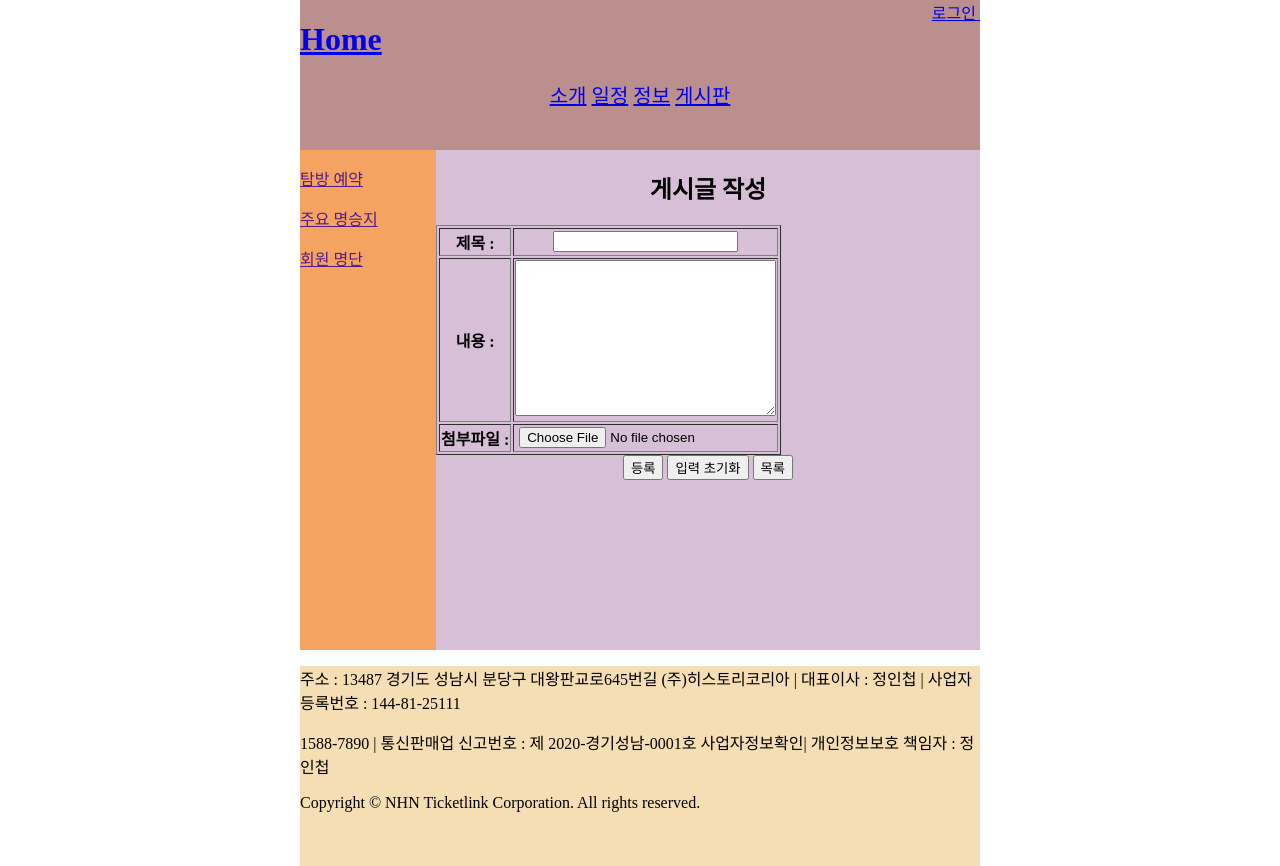
Repository: dlscjq34/JSP_historyTour
Page: http://localhost/HistoryTour/WEB-INF/views/ticketing/write.jsp
These files come from the project's save history. The page is drawn as it stood at one moment and after the next save; the edit follows.
The browser window is 1280 px wide. The pictures show the whole page.
The page is served by Tomcat 9. Nobody is signed in. Other server files are loaded and not shown. The template is opened directly, without the code that normally fills it, so the values that code supplies are empty.

Above is the page before, as saved 2020-12-21 04:54:49.

### HistoryTour/WebContent/WEB-INF/views/ticketing/write.jsp
<%@ page language="java" contentType="text/html; charset=UTF-8"
    pageEncoding="UTF-8"%>
<!DOCTYPE html>
<html lang="en">
<head>
    <jsp:include page="/WEB-INF/views/include/head.jsp" />
    <!-- <link rel="stylesheet" href="css/board.css"> -->
</head>
<body>
    <!-- <header> -->
    <jsp:include page="/WEB-INF/views/include/header.jsp" />


    <!-- <aside> <article> -->
    <div class="center">
        <jsp:include page="/WEB-INF/views/include/aside.jsp" />

        <article>
            <h1>게시글 작성</h1>
            <div class="board">
                <form action="writePro.do" method="post" enctype="multipart/form-data">
                  	<table border="1">
		                <tr>
		                    <th>제목 : </th>
		                    <td><input type="text" name="title" id="title" value=""/></td>
	                    </tr>
	                    <tr>
	                    	<th>내용 : </th>
		                    <td><textarea name="content" id="content" rows="10" cols="30"></textarea> </td>
		                </tr>
		                <tr>
		                	<th>첨부파일 : </th>
		                    <td><input type="file" name="fileName" id="fileName" value=""/> </td>
		                </tr>
               		</table>
               		<input type="submit" value="등록">
               		<input type="reset" value="입력 초기화">
               		<input type="button" value="목록" onclick="location.href='board.do'">
                </form>
            </div>
        </article>
    </div>


    <!-- <footer> -->
    <jsp:include page="/WEB-INF/views/include/footer.jsp" />


</body>
</html>

### HistoryTour/WebContent/WEB-INF/views/include/head.jsp
<%@ page language="java" contentType="text/html; charset=UTF-8"
    pageEncoding="UTF-8"%>
<meta charset="UTF-8">
<meta name="viewport" content="width=device-width, initial-scale=1.0">
<title>Document</title>
<link rel="stylesheet" href="css/common.css">

### HistoryTour/WebContent/WEB-INF/views/include/header.jsp
<%@ page language="java" contentType="text/html; charset=UTF-8"
    pageEncoding="UTF-8"%>
<%@ taglib prefix="c" uri="http://java.sun.com/jsp/jstl/core" %>
<%
	//쿠키에 아이디가 있으면 세션으로 빼온다.
	Cookie[] cookies = request.getCookies();

	if (cookies != null) {
		for(Cookie cookie : cookies) {
			if(cookie.getName().equals("id")) {
				String id = cookie.getValue();
				session.setAttribute("id", id);
			}
		}
	}

	String id = (String)session.getAttribute("id");
%>

<header>
    <div class="home-line">
        <h1><a href="index.do">Home</a></h1>
        <!-- 세션으로 빼온 아이디가 있으면 -->
<%
			if (id != null) {
%>
        		${ id } 님 반갑습니다.&nbsp;
        		<a href="myPage.do">마이페이지</a>&nbsp;
        		<a href="logoutPro.do">로그아웃</a>
<%
			} else {
%>
        	<!-- 세션으로 빼온 아이디가 없으면 -->
        		 <a href="login.do">로그인&nbsp;</a>
<%
			}
%>

    </div>
    <div class="menu">
        <a href="intro.do">소개</a>
        <a href="schedule.do">일정</a>
        <a href="information.do">정보</a>
        <a href="board.do">게시판</a>
    </div>
</header>

### HistoryTour/WebContent/WEB-INF/views/include/aside.jsp
<%@ page language="java" contentType="text/html; charset=UTF-8"
    pageEncoding="UTF-8"%>
 <aside>
    <p><a href="">탐방 예약</a></p>
    <p><a href="">주요 명승지</a></p>
    <p><a href="">회원 명단</a></p>
</aside>

### HistoryTour/WebContent/WEB-INF/views/include/footer.jsp
<%@ page language="java" contentType="text/html; charset=UTF-8"
    pageEncoding="UTF-8"%>
<footer>
    <p>주소 : 13487 경기도 성남시 분당구 대왕판교로645번길 (주)히스토리코리아 | 대표이사 : 정인첩 | 사업자등록번호 : 144-81-25111</p>
    <p>1588-7890 |  통신판매업 신고번호 : 제 2020-경기성남-0001호 사업자정보확인| 개인정보보호 책임자 : 정인첩</p>
    <p>Copyright © NHN Ticketlink Corporation. All rights reserved.</p>
</footer>

### HistoryTour/WebContent/css/common.css
body {
  grid-template-columns: 1fr 1fr;
  box-sizing: border-box;
  margin: 0 300px;
}

/* header ----------------------------------------------- */

header {
  background: rosybrown;
  height: 150px;
}
header .home-line {
  display: flex;
}
header .home-line h1 {
  flex: 1;
}
header .menu {
  text-align: center;
  font-size: 20px;
}

/* <aside> <article> ----------------------------------------------- */

.center {
  display: flex;
  height: 500px;
  background: turquoise;
}
.center aside {
  background: sandybrown;
  flex: 2;
}
.center article {
  background: thistle;
  flex: 8;
  text-align: center;
}


/* footer ----------------------------------------------- */

footer {
  background: wheat;
  height: 200px;
}

### HistoryTour/WebContent/css/board.css
.center article .board {
  display: grid;
  grid-template-rows: 2fr;
  align-content: space-between;
  height: 400px;
  /* background: green; */
}
.center article .board table {
  width: 700px;
  margin: 0 auto;
  /* background: blue; */
}

After the next save:
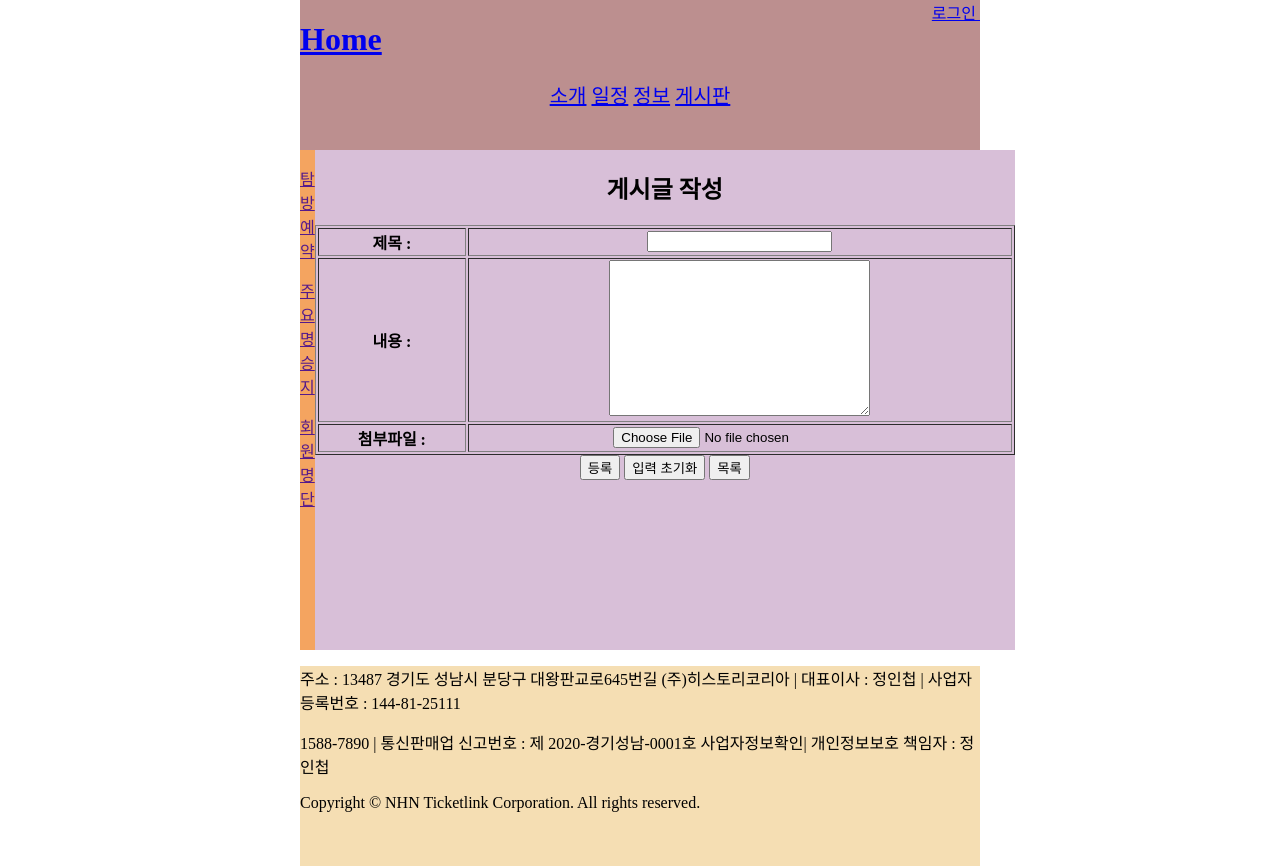
Saved 9 min 54 s later.
--- a/HistoryTour/WebContent/WEB-INF/views/ticketing/write.jsp
+++ b/HistoryTour/WebContent/WEB-INF/views/ticketing/write.jsp
@@ -4,7 +4,7 @@
 <html lang="en">
 <head>
     <jsp:include page="/WEB-INF/views/include/head.jsp" />
-    <!-- <link rel="stylesheet" href="css/board.css"> -->
+    <link rel="stylesheet" href="css/board.css">
 </head>
 <body>
     <!-- <header> -->
